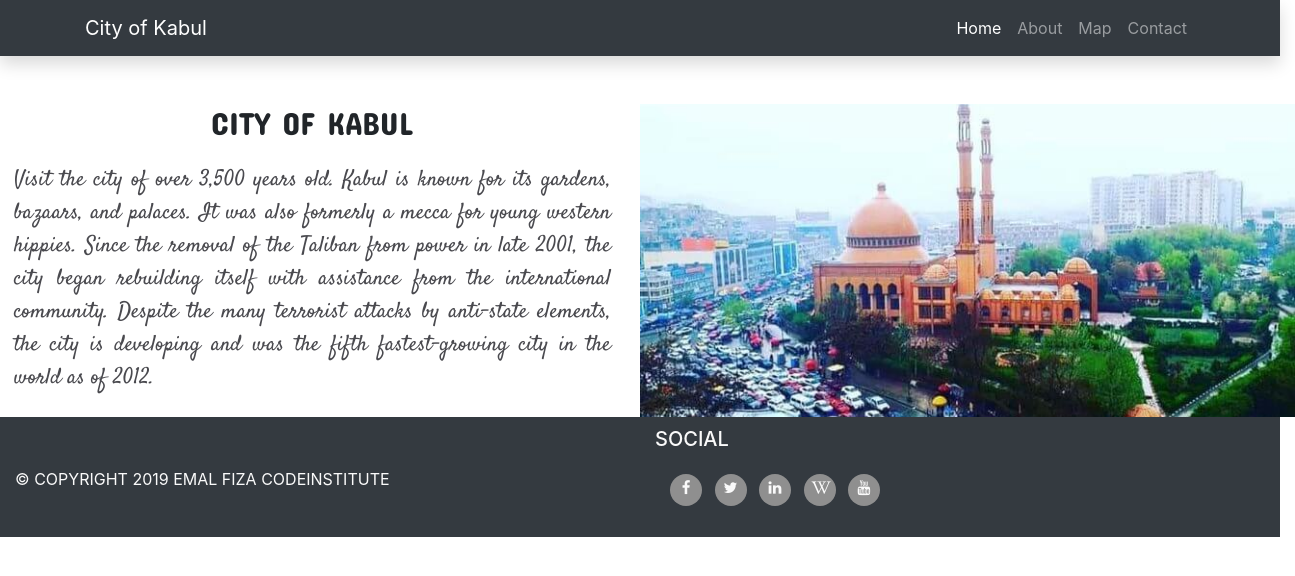
Repository: emalfiza/project-kabul
Page: about.html
The author's editor kept a record of every edit. The page is drawn from the files as they stood at one moment, then again after the next edit.
The browser window is 1280 px wide. The page is 1295 px wide, so the pictures cover 1295 px, including what lies to the right of the window. The pictures show the whole page.

Above is the page before.

### about.html
<!DOCTYPE html>
<html lang="en">

<head>
  <meta charset="UTF-8">
  <meta name="viewport" content="width=device-width, initial-scale=1.0">
  <meta http-equiv="X-UA-Compatible" content="ie=edge">
  <link rel="stylesheet" href="https://stackpath.bootstrapcdn.com/bootstrap/4.3.1/css/bootstrap.min.css" type="text/css" />
  <link rel="stylesheet" href="https://stackpath.bootstrapcdn.com/font-awesome/4.7.0/css/font-awesome.min.css" type="text/css" />
  <link rel="stylesheet" href="assets/css/style.css" type="text/css" />
  <title>City of Kabul</title>
</head>

<body>
  <header>

    <!------------------------------------------- Navigation -->

    <nav class="navbar navbar-expand-lg navbar-dark bg-dark static-top mb-5 shadow">
      <div class="container">
        <a class="navbar-brand" href="#">City of Kabul</a>
        <button class="navbar-toggler" type="button" data-toggle="collapse" data-target="#navbarResponsive" aria-controls="navbarResponsive" aria-expanded="false" aria-label="Toggle navigation">
          <span class="navbar-toggler-icon"></span>
        </button>
        <div class="collapse navbar-collapse" id="navbarResponsive">
          <ul class="navbar-nav ml-auto">
            <li class="nav-item active">
              <a class="nav-link" href="#">Home
                <span class="sr-only">(current)</span>
              </a>
            </li>
            <li class="nav-item">
              <a class="nav-link" href="#">About</a>
            </li>
            <li class="nav-item">
              <a class="nav-link" href="#">Map</a>
            </li>
            <li class="nav-item">
              <a class="nav-link" href="#">Contact</a>
            </li>
          </ul>
        </div>
      </div>
    </nav>

  </header>

  <!------------------------------------------ Page Content -->

  <section class="conrainer-fluid">
    <div class="row">
      <div class="col-md-6">
        <h2 class="section-heading uppercase">City of Kabul</h2>
        <p class="section-paragraph">
          Visit the city of over 3,500 years old. Kabul is known for its gardens, bazaars, and palaces. It was also formerly a mecca for young western hippies. Since the removal of the Taliban from power in late 2001, the city began rebuilding itself with assistance
          from the international community. Despite the many terrorist attacks by anti-state elements, the city is developing and was the fifth fastest-growing city in the world as of 2012.
        </p>
      </div>
      <div class="col-md-6 image-kb">
      </div>
    </div>
  </section>
  <section>

  </section>
  <section>

  </section>

  <!------------------------------------------------ Footer -->

  <footer class="container-fluid">
    <div class="row">
      <div class="col-sm-6">
        <p class="uppercase general-sub special">&copy; Copyright 2019 Emal Fiza CodeInstitute</p>
      </div>
      <div class="col-sm-6">
        <h5 class="uppercase general-sub">Social</h5>
        <ul class="list-inline social-links">
          <li class="list-inline-item">
            <a target="_blank" href="#">
              <i class="fa fa-facebook" aria-hidden="true"></i>
              <span class="sr-only">Facebook</span>
            </a>
          </li>
          <li class="list-inline-item">
            <a target="_blank" href="#">
              <i class="fa fa-twitter" aria-hidden="true"></i>
              <span class="sr-only">Twitter</span>
            </a>
          </li>
          <li class="list-inline-item">
            <a target="_blank" href="#">
              <i class="fa fa-linkedin" aria-hidden="true"></i>
              <span class="sr-only">LinkedIn</span>
            </a>
          </li>
          <li class="list-inline-item">
            <a target="_blank" href="#">
              <i class="fa fa-wikipedia-w" aria-hidden="true"></i>
              <span class="sr-only">Wikipedia</span>
            </a>
          </li>
          <li class="list-inline-item">
            <a target="_blank" href="#">
              <i class="fa fa-youtube" aria-hidden="true"></i>
              <span class="sr-only">YouTube</span>
            </a>
          </li>
        </ul>
      </div>
    </div>

  </footer>
</body>

</html>

### assets/css/style.css
@import url('https://fonts.googleapis.com/css?family=Concert+One|Satisfy&display=swap:100,200,300,400,500,600,700,800|satisfy:100,200,300,400,500,600,700,800');

/* -----------------------------------------------------Navbar --*/

.navbar-brand {
  color: #fafafa;
}

/* -- The bellow body css imported from the startbootstrap.com --*/

.image {
  background: url("../images/kabul.jpg") no-repeat center center fixed;
  background-size: cover;
  -webkit-background-size: cover;
  -moz-background-size: cover;
  -o-background-size: cover;
}

.image-kb {
  background: url("../images/city-kabul.jpeg") no-repeat center;
  background-size: cover;
  max-width: 100%;
  height: auto;
}

.image-kb-culture {
  background: url("../images/kabul-culture.jpg") no-repeat center;
  background-size: cover;
  max-width: 100%;
  height: auto;
}

/* -----------------------------------------------------Heading --*/

.title {
  font-family: "Concert One", sans-serif;
  font-weight: bolder;
  text-align: center;
  letter-spacing: 2px;
  text-transform: uppercase;
  font-size: 60px;
  color: #fafafa;
  margin-bottom: 10px;
}

hr {
  width: 20%;
  display: block;
  margin-top: 0.5em;
  margin-bottom: 0.5em;
  margin-left: auto;
  margin-right: auto;
  border-style: double;
  border-width: 1px;
  border-radius: 2px;
  height: 2px;
  color: #fafafa;
  background-color: #fafafa;
}

.card {
  background-color: rgba(0, 0, 0, 0.3);
}

.context {
  margin-top: 14%;
}

.primary,
.lead {
  font-family: "satisfy", sans-serif;
  font-size: 22px;
  color: #fafafa;
  text-align: center;
  margin-top: 32px;
}

.lead {
  margin-top: 20px;
}

.section-heading {
  font-family: "Concert One", sans-serif;
  text-align: center;
}

/* -----------------------------------------------------Main content --*/

.section-paragraph {
  font-family: "Satisfy", sans-serif;
  margin: 22px 14px 22px 14px;
  text-align: justify;
  font-weight: 400;
  font-size: 22px;
  color: #4a4a4f;
}

/* -----------------------------------------------------Footer --*/

footer {
  background-color: #343a40!important;
  color: #fafafa;
  min-height: 100px;
}

.uppercase {
  text-transform: uppercase;
}

/* --The font-family for the general-sub I copied from the bootsratp navbar "DevTool" of my home page
because I wanted my footer font family to match my navbar--*/

.general-sub {
  font-family: -apple-system, BlinkMacSystemFont, "Segoe UI", Roboto, "Helvetica Neue",
  Arial, "Noto Sans", sans-serif, "Apple Color Emoji", "Segoe UI Emoji", "Segoe UI Symbol", "Noto Color Emoji";
  margin-top: 10px;
}

.special {
  margin-left: 0px;
  margin-top: 50px;
}

.social-links {
  padding: 15px;
}

.social-links li a i {
  position: relative;
  width: 32px;
  height: 32px;
  padding: 8px;
  border-radius: 50%;
  font-size: 15px;
  line-height: 12px;
  text-align: center;
  color: #fafafa;
  background-color: #8f8f8f;
  transition: all 0.40s ease-in-out;
  -moz-transition: all 0.40s ease-in-out;
  -webkit-transition: all 0.40s ease-in-out;
  -o-transition: all 0.40s ease-in-out;
}

.social-links li a i:hover {
  background-color: #252525;
}

After the next edit:
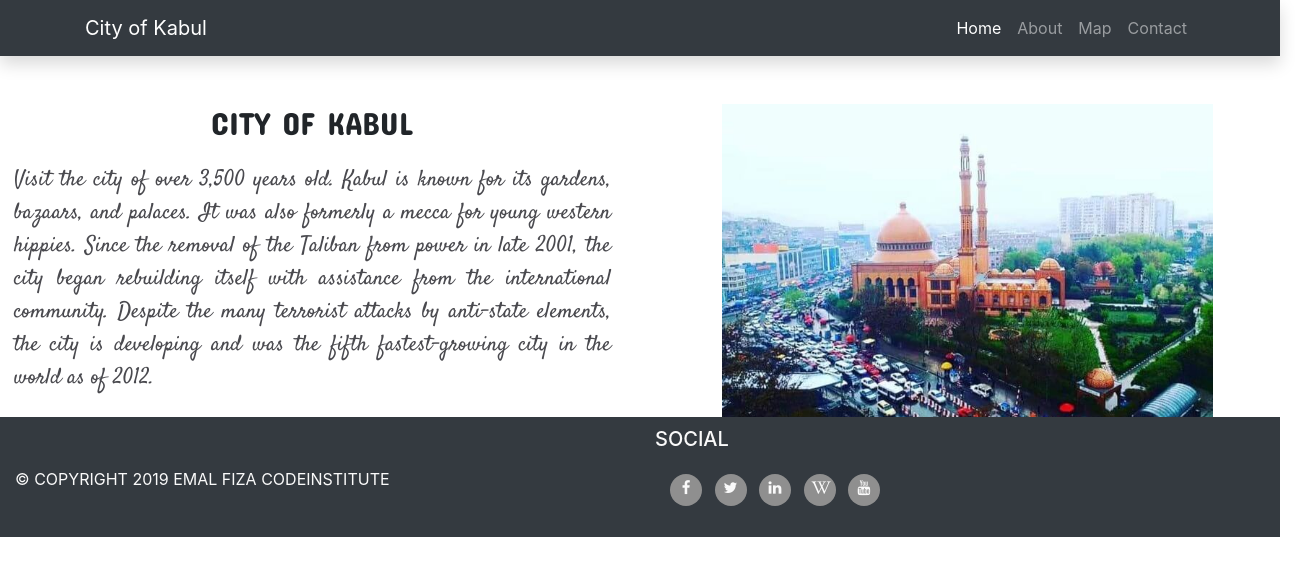
The edit:
--- a/assets/css/style.css
+++ b/assets/css/style.css
@@ -18,7 +18,7 @@
 
 .image-kb {
   background: url("../images/city-kabul.jpeg") no-repeat center;
-  background-size: cover;
+  background-size: 75% auto;
   max-width: 100%;
   height: auto;
 }
